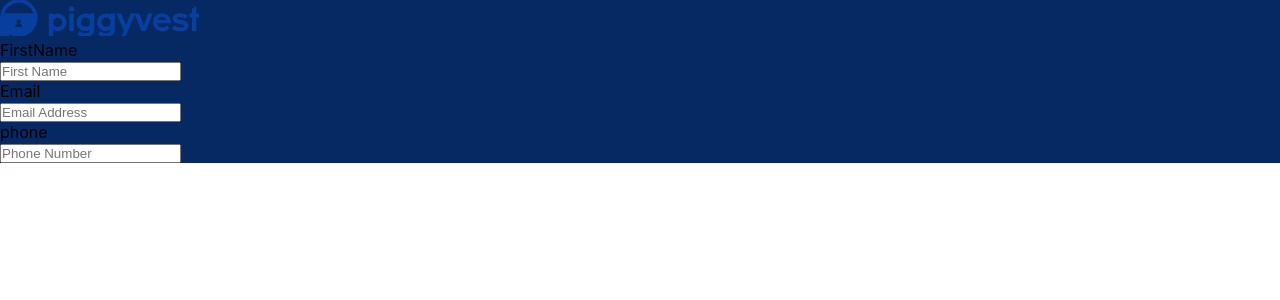
Repository: hisreal123/PiggyVest-login-Clone
Page: /RegisterPage
An editor plug-in stored every save of this project. The page is shown before and after the next save, followed by the edit.
The browser window is 1280 px wide. The pictures show the whole page.
The project was rebuilt for these pictures with package versions that can differ from the ones it lists, and the page was loaded fresh each time. The framework's server and built-in components were replaced by stand-ins that run in the browser. Also part of the build but not shown: next.config.js.

Above is the page before, as saved 2022-07-29 22:07:56.

### pages/_app.tsx
import '../styles/globals.scss'
import type { AppProps } from 'next/app'

import '../styles/All.scss'

function MyApp({ Component, pageProps }: AppProps) {
  return <Component {...pageProps} />
}

export default MyApp

### pages/RegisterPage.tsx
import Image from "next/image";
import Link from "next/link";
import React from "react";
import { Logo } from "../Components/logo";
import { RegisterForm } from "../Components/RegisterForm";
import logo from "../public/Assets/piggyvest.svg";

export default function RegisterPage() {
  return (
    <div className="Register ">
      <Logo src={logo} />
      <RegisterForm />
    </div>
  );
}

### styles/globals.scss
* {
  box-sizing: border-box;
  padding: 0;
  margin: 0;
}

html,
body {
  padding: 0;
  margin: 0;
  font-family: -apple-system, BlinkMacSystemFont, Segoe UI, Roboto, Oxygen,
    Ubuntu, Cantarell, Fira Sans, Droid Sans, Helvetica Neue, sans-serif;
}

a {
  text-decoration: none;
}

.container {
  padding: 0 2rem;
}
.title a:hover,
.title a:focus,
.title a:active {
  text-decoration: underline;
}

### styles/All.scss
// Register Page Design

.Register {
  background-color: #062863;


}

### Components/logo.tsx
import Image from "next/image";
import Link from "next/link";
import React from "react";

interface imageProps {
  src: string;
}

export const Logo: React.FC<imageProps> = ({ src }) => {
  return (
    <div className="logoWrap">
      <Link href="#" className="logo">
        <Image
          alt=" logo "
          src={src}
          height="36"
          width="199"
          objectFit="cover"
        />
      </Link>
    </div>
  );
};

### Components/RegisterForm.tsx
import React, { useState } from "react";
import { AllInput } from "./AllInput";
import { InputProps as FormProps } from "./AllProps";

// interface RegisterFormProps {}
export const RegisterForm: React.FC<FormProps> = () => {
  return (
    <div>
      <AllInput
        type="text"
        name="FirstName"
        placeholder="First Name "
        label="Full Name"
        value=" value"
      />

      <AllInput
        type="email"
        name="Email "
        placeholder="Email Address"
        label="Email Adress"
        value=" value"
      />

      <AllInput
        type="text"
        name="phone"
        placeholder="Phone Number "
        label="Phone Number"
        value=" value"
      />
    </div>
  );
};

### Components/AllInput.tsx
import React, { useState } from "react";
import { InputProps } from "./AllProps";

export const AllInput: React.FC<InputProps> = ({
  name,
  type,
  placeholder,
  value,
  label,
}) => {
  const [input, setInput] = useState({});

  const handleChange = (e: React.ChangeEvent<HTMLInputElement>) => {
    setInput({ ...input, [e.target.name]: e.target.value });
    console.log(e.target.name);
  };
  return (
    <div>
      <label htmlFor="FullName"> {name}</label>
      <br></br>
      <input
        type={type}
        name={name}
        placeholder={placeholder}
        onChange={handleChange}
      />
    </div>
  );
};

After the next save:
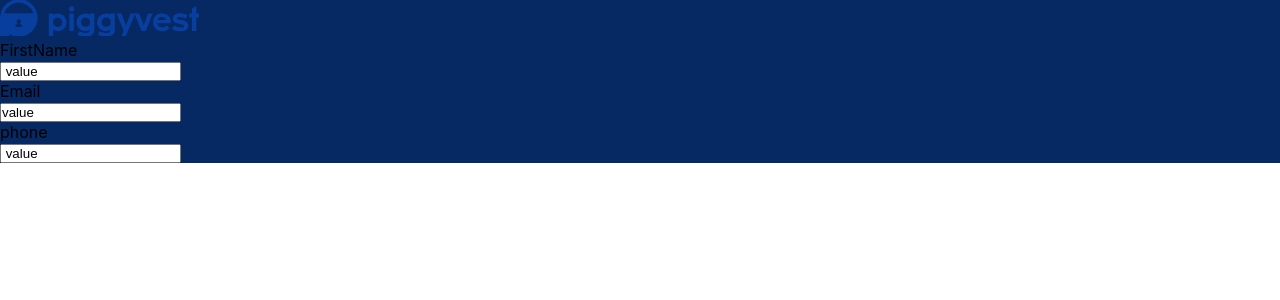
Saved 31 s later.
--- a/Components/AllInput.tsx
+++ b/Components/AllInput.tsx
@@ -23,6 +23,7 @@
         name={name}
         placeholder={placeholder}
         onChange={handleChange}
+        value={value}
       />
     </div>
   );

After the save that followed:
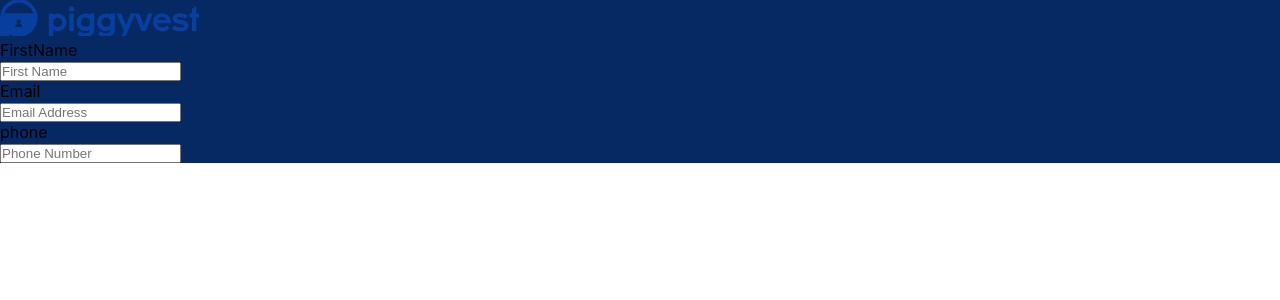
Saved 14 s later.
--- a/Components/AllInput.tsx
+++ b/Components/AllInput.tsx
@@ -23,7 +23,6 @@
         name={name}
         placeholder={placeholder}
         onChange={handleChange}
-        value={value}
       />
     </div>
   );
